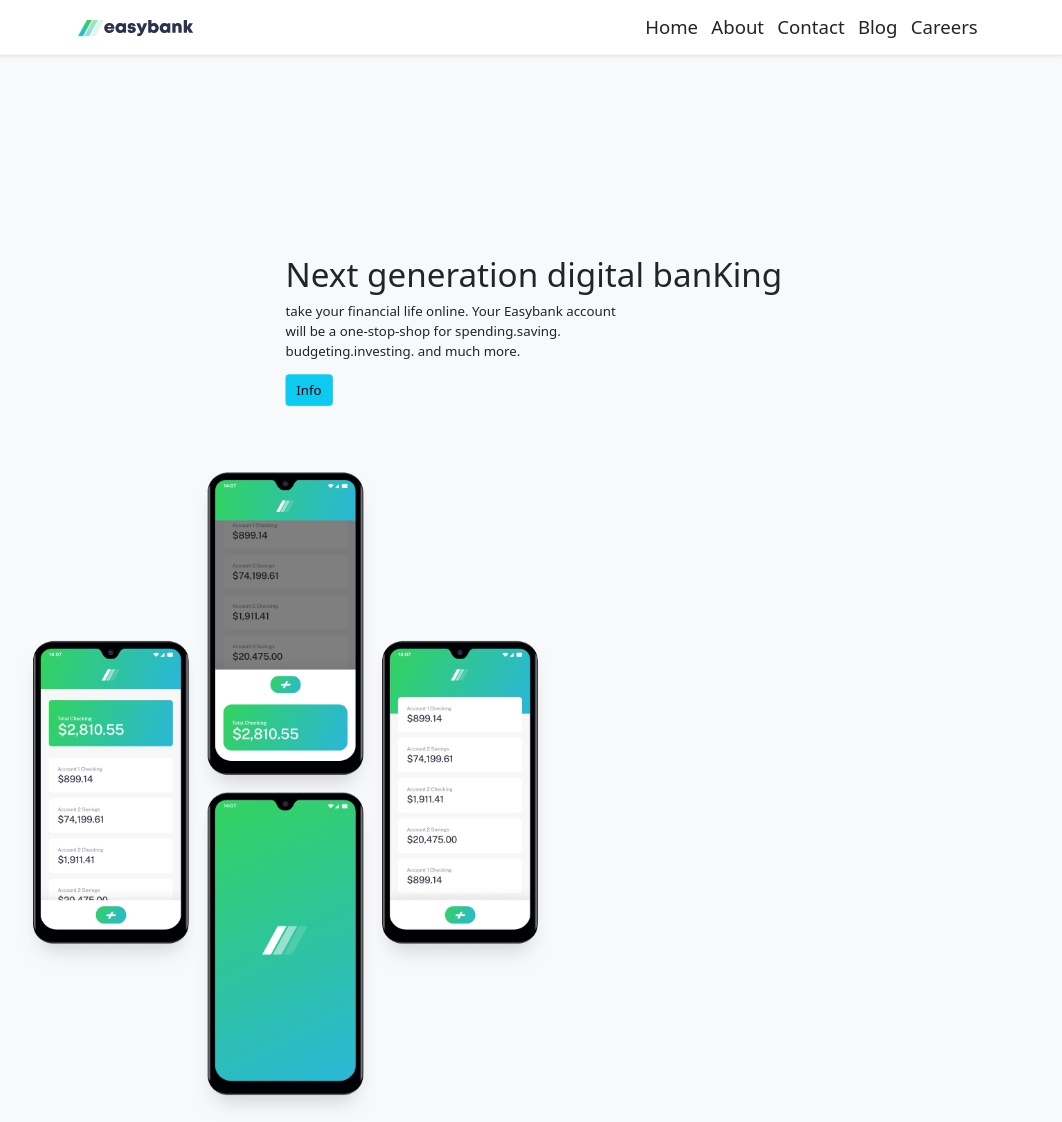
Repository: devbastos/easy-Bank
Page: / (app in frontend/)
An editor plug-in stored every save of this project. The page is shown before and after the next save, followed by the edit.
The browser window is 1280 px wide. The pictures show the whole page, at 83% of full size.
Some web libraries are served in a nearby version. The project was rebuilt for these pictures with package versions that can differ from the ones it lists, and the page was loaded fresh each time.

Above is the page before, as saved 2022-02-03 18:46:29.

After the next save:
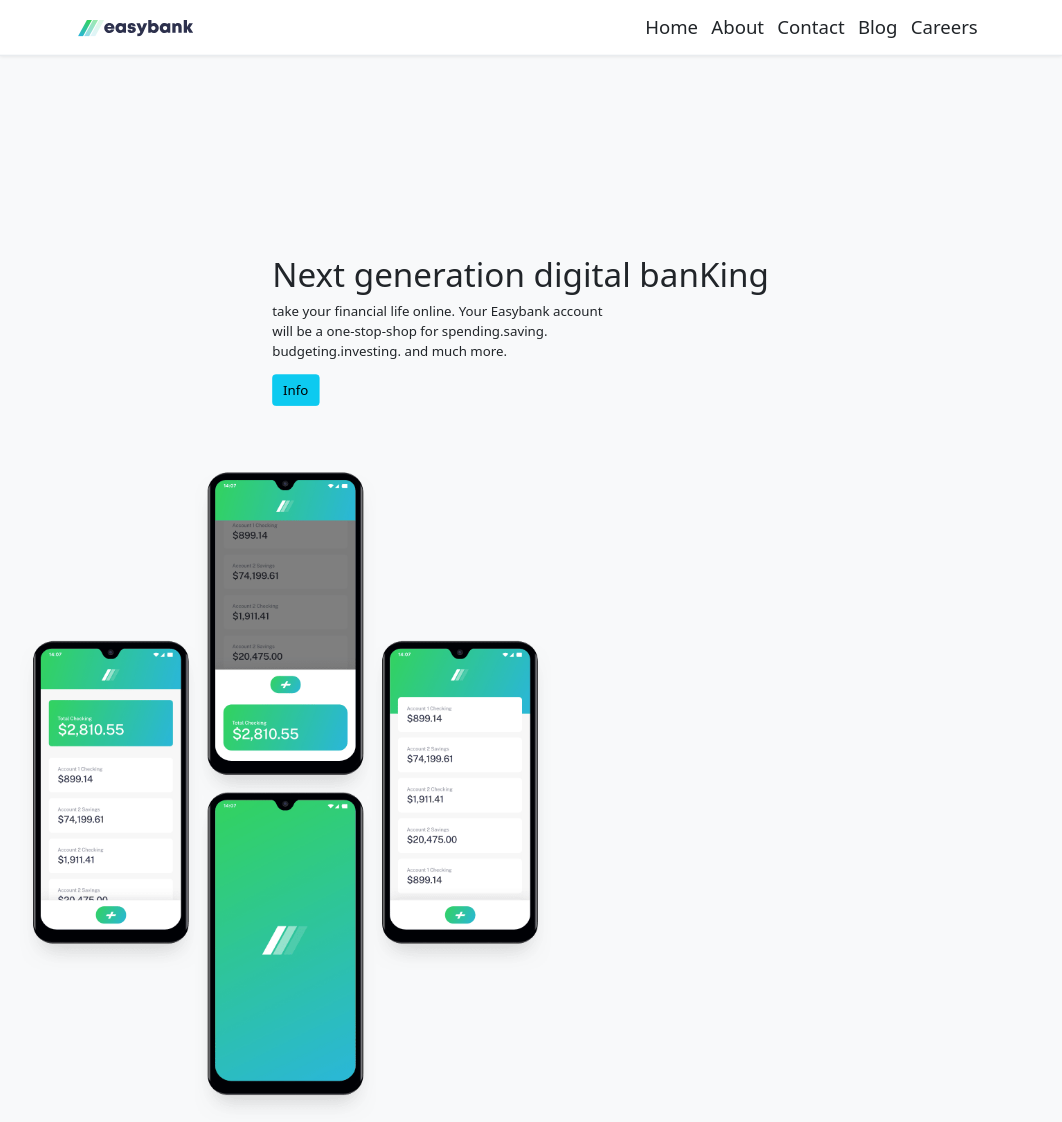
Saved 5 s later.
--- a/frontend/src/app/template/header/header.component.css
+++ b/frontend/src/app/template/header/header.component.css
@@ -5,5 +5,5 @@
 
 .textos {
   margin-top: 15rem;
-  margin-left: 20rem;
+  margin-left: 19rem;
 }
